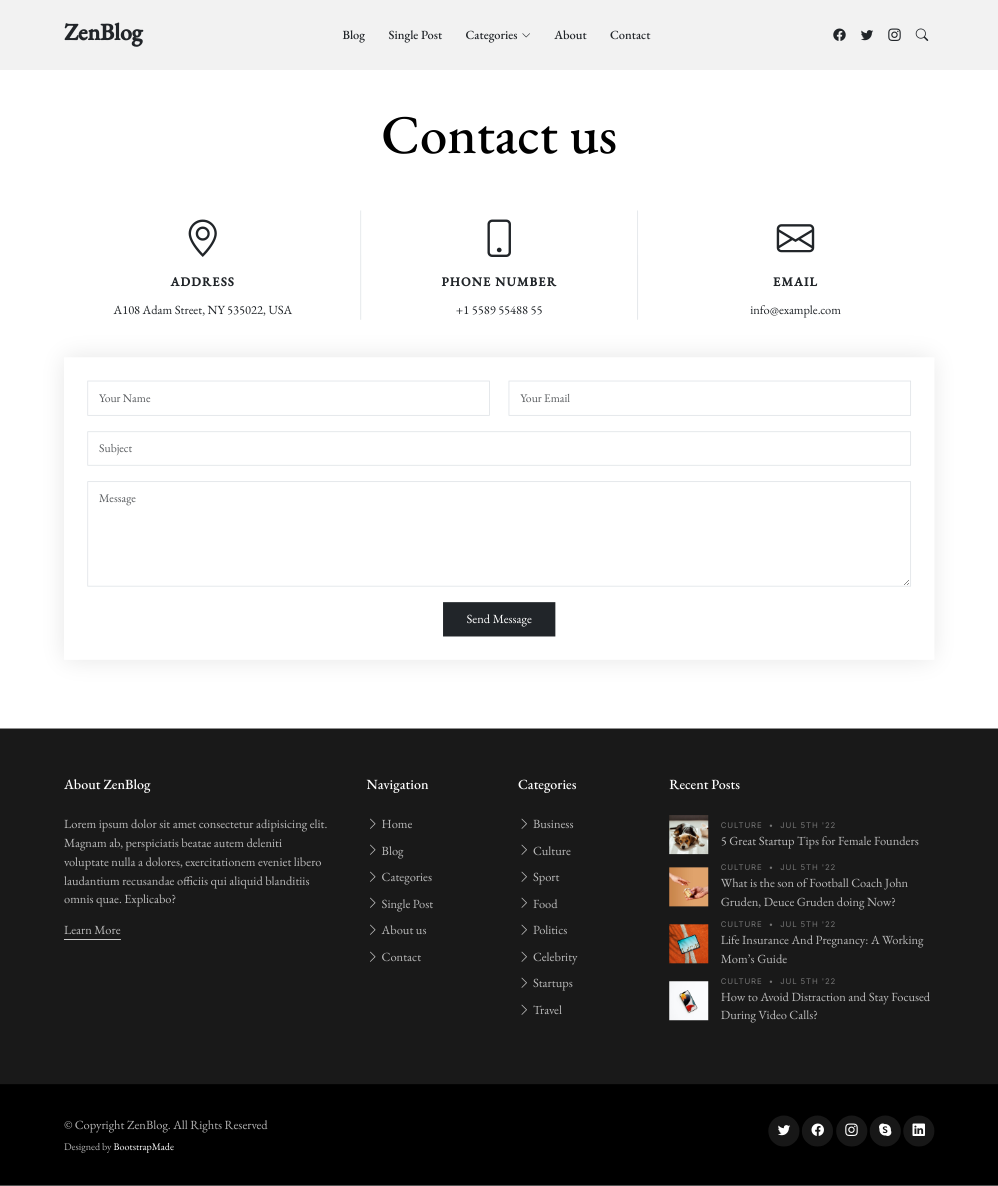
Repository: MiguelDev5/blog-miguel
Page: contact.html
The author's editor kept a copy of each file at every save. The page is drawn from the files as they stood at one save, then again after the next save.
The browser window is 1280 px wide. The pictures show the whole page, at 78% of full size.
Some web fonts or font styles are not loaded; a fallback is used.

Above is the page before, as saved 2024-01-01 04:33:33.

### contact.html
<!DOCTYPE html>
<html lang="en">

<head>
  <meta charset="utf-8">
  <meta content="width=device-width, initial-scale=1.0" name="viewport">

  <title>ZenBlog Bootstrap Template - Contact</title>
  <meta content="" name="description">
  <meta content="" name="keywords">

  <!-- Favicons -->
  <link href="assets/img/favicon.png" rel="icon">
  <link href="assets/img/apple-touch-icon.png" rel="apple-touch-icon">

  <!-- Google Fonts -->
  <link rel="preconnect" href="https://fonts.googleapis.com">
  <link rel="preconnect" href="https://fonts.gstatic.com" crossorigin>
  <link href="https://fonts.googleapis.com/css2?family=EB+Garamond:wght@400;500&family=Inter:wght@400;500&family=Playfair+Display:ital,wght@0,400;0,700;1,400;1,700&display=swap" rel="stylesheet">

  <!-- Vendor CSS Files -->
  <link href="assets/vendor/bootstrap/css/bootstrap.min.css" rel="stylesheet">
  <link href="assets/vendor/bootstrap-icons/bootstrap-icons.css" rel="stylesheet">
  <link href="assets/vendor/swiper/swiper-bundle.min.css" rel="stylesheet">
  <link href="assets/vendor/glightbox/css/glightbox.min.css" rel="stylesheet">
  <link href="assets/vendor/aos/aos.css" rel="stylesheet">

  <!-- Template Main CSS Files -->
  <link href="assets/css/variables.css" rel="stylesheet">
  <link href="assets/css/main.css" rel="stylesheet">

  <!-- =======================================================
  * Template Name: ZenBlog
  * Updated: Sep 18 2023 with Bootstrap v5.3.2
  * Template URL: https://bootstrapmade.com/zenblog-bootstrap-blog-template/
  * Author: BootstrapMade.com
  * License: https:///bootstrapmade.com/license/
  ======================================================== -->
</head>

<body>

  <!-- ======= Header ======= -->
  <header id="header" class="header d-flex align-items-center fixed-top">
    <div class="container-fluid container-xl d-flex align-items-center justify-content-between">

      <a href="index.html" class="logo d-flex align-items-center">
        <!-- Uncomment the line below if you also wish to use an image logo -->
        <!-- <img src="assets/img/logo.png" alt=""> -->
        <h1>ZenBlog</h1>
      </a>

      <nav id="navbar" class="navbar">
        <ul>
          <li><a href="index.html">Blog</a></li>
          <li><a href="single-post.html">Single Post</a></li>
          <li class="dropdown"><a href="category.html"><span>Categories</span> <i class="bi bi-chevron-down dropdown-indicator"></i></a>
            <ul>
              <li><a href="search-result.html">Search Result</a></li>
              <li><a href="#">Drop Down 1</a></li>
              <li class="dropdown"><a href="#"><span>Deep Drop Down</span> <i class="bi bi-chevron-down dropdown-indicator"></i></a>
                <ul>
                  <li><a href="#">Deep Drop Down 1</a></li>
                  <li><a href="#">Deep Drop Down 2</a></li>
                  <li><a href="#">Deep Drop Down 3</a></li>
                  <li><a href="#">Deep Drop Down 4</a></li>
                  <li><a href="#">Deep Drop Down 5</a></li>
                </ul>
              </li>
              <li><a href="#">Drop Down 2</a></li>
              <li><a href="#">Drop Down 3</a></li>
              <li><a href="#">Drop Down 4</a></li>
            </ul>
          </li>

          <li><a href="about.html">About</a></li>
          <li><a href="contact.html">Contact</a></li>
        </ul>
      </nav><!-- .navbar -->

      <div class="position-relative">
        <a href="#" class="mx-2"><span class="bi-facebook"></span></a>
        <a href="#" class="mx-2"><span class="bi-twitter"></span></a>
        <a href="#" class="mx-2"><span class="bi-instagram"></span></a>

        <a href="#" class="mx-2 js-search-open"><span class="bi-search"></span></a>
        <i class="bi bi-list mobile-nav-toggle"></i>

        <!-- ======= Search Form ======= -->
        <div class="search-form-wrap js-search-form-wrap">
          <form action="search-result.html" class="search-form">
            <span class="icon bi-search"></span>
            <input type="text" placeholder="Search" class="form-control">
            <button class="btn js-search-close"><span class="bi-x"></span></button>
          </form>
        </div><!-- End Search Form -->

      </div>

    </div>

  </header><!-- End Header -->

  <main id="main">
    <section id="contact" class="contact mb-5">
      <div class="container" data-aos="fade-up">

        <div class="row">
          <div class="col-lg-12 text-center mb-5">
            <h1 class="page-title">Contact us</h1>
          </div>
        </div>

        <div class="row gy-4">

          <div class="col-md-4">
            <div class="info-item">
              <i class="bi bi-geo-alt"></i>
              <h3>Address</h3>
              <address>A108 Adam Street, NY 535022, USA</address>
            </div>
          </div><!-- End Info Item -->

          <div class="col-md-4">
            <div class="info-item info-item-borders">
              <i class="bi bi-phone"></i>
              <h3>Phone Number</h3>
              <p><a href="tel:+155895548855">+1 5589 55488 55</a></p>
            </div>
          </div><!-- End Info Item -->

          <div class="col-md-4">
            <div class="info-item">
              <i class="bi bi-envelope"></i>
              <h3>Email</h3>
              <p><a href="mailto:info@example.com">info@example.com</a></p>
            </div>
          </div><!-- End Info Item -->

        </div>

        <div class="form mt-5">
          <form action="forms/contact.php" method="post" role="form" class="php-email-form">
            <div class="row">
              <div class="form-group col-md-6">
                <input type="text" name="name" class="form-control" id="name" placeholder="Your Name" required>
              </div>
              <div class="form-group col-md-6">
                <input type="email" class="form-control" name="email" id="email" placeholder="Your Email" required>
              </div>
            </div>
            <div class="form-group">
              <input type="text" class="form-control" name="subject" id="subject" placeholder="Subject" required>
            </div>
            <div class="form-group">
              <textarea class="form-control" name="message" rows="5" placeholder="Message" required></textarea>
            </div>
            <div class="my-3">
              <div class="loading">Loading</div>
              <div class="error-message"></div>
              <div class="sent-message">Your message has been sent. Thank you!</div>
            </div>
            <div class="text-center"><button type="submit">Send Message</button></div>
          </form>
        </div><!-- End Contact Form -->

      </div>
    </section>

  </main><!-- End #main -->

  <!-- ======= Footer ======= -->
  <footer id="footer" class="footer">

    <div class="footer-content">
      <div class="container">

        <div class="row g-5">
          <div class="col-lg-4">
            <h3 class="footer-heading">About ZenBlog</h3>
            <p>Lorem ipsum dolor sit amet consectetur adipisicing elit. Magnam ab, perspiciatis beatae autem deleniti voluptate nulla a dolores, exercitationem eveniet libero laudantium recusandae officiis qui aliquid blanditiis omnis quae. Explicabo?</p>
            <p><a href="about.html" class="footer-link-more">Learn More</a></p>
          </div>
          <div class="col-6 col-lg-2">
            <h3 class="footer-heading">Navigation</h3>
            <ul class="footer-links list-unstyled">
              <li><a href="index.html"><i class="bi bi-chevron-right"></i> Home</a></li>
              <li><a href="index.html"><i class="bi bi-chevron-right"></i> Blog</a></li>
              <li><a href="category.html"><i class="bi bi-chevron-right"></i> Categories</a></li>
              <li><a href="single-post.html"><i class="bi bi-chevron-right"></i> Single Post</a></li>
              <li><a href="about.html"><i class="bi bi-chevron-right"></i> About us</a></li>
              <li><a href="contact.html"><i class="bi bi-chevron-right"></i> Contact</a></li>
            </ul>
          </div>
          <div class="col-6 col-lg-2">
            <h3 class="footer-heading">Categories</h3>
            <ul class="footer-links list-unstyled">
              <li><a href="category.html"><i class="bi bi-chevron-right"></i> Business</a></li>
              <li><a href="category.html"><i class="bi bi-chevron-right"></i> Culture</a></li>
              <li><a href="category.html"><i class="bi bi-chevron-right"></i> Sport</a></li>
              <li><a href="category.html"><i class="bi bi-chevron-right"></i> Food</a></li>
              <li><a href="category.html"><i class="bi bi-chevron-right"></i> Politics</a></li>
              <li><a href="category.html"><i class="bi bi-chevron-right"></i> Celebrity</a></li>
              <li><a href="category.html"><i class="bi bi-chevron-right"></i> Startups</a></li>
              <li><a href="category.html"><i class="bi bi-chevron-right"></i> Travel</a></li>

            </ul>
          </div>

          <div class="col-lg-4">
            <h3 class="footer-heading">Recent Posts</h3>

            <ul class="footer-links footer-blog-entry list-unstyled">
              <li>
                <a href="single-post.html" class="d-flex align-items-center">
                  <img src="assets/img/post-sq-1.jpg" alt="" class="img-fluid me-3">
                  <div>
                    <div class="post-meta d-block"><span class="date">Culture</span> <span class="mx-1">&bullet;</span> <span>Jul 5th '22</span></div>
                    <span>5 Great Startup Tips for Female Founders</span>
                  </div>
                </a>
              </li>

              <li>
                <a href="single-post.html" class="d-flex align-items-center">
                  <img src="assets/img/post-sq-2.jpg" alt="" class="img-fluid me-3">
                  <div>
                    <div class="post-meta d-block"><span class="date">Culture</span> <span class="mx-1">&bullet;</span> <span>Jul 5th '22</span></div>
                    <span>What is the son of Football Coach John Gruden, Deuce Gruden doing Now?</span>
                  </div>
                </a>
              </li>

              <li>
                <a href="single-post.html" class="d-flex align-items-center">
                  <img src="assets/img/post-sq-3.jpg" alt="" class="img-fluid me-3">
                  <div>
                    <div class="post-meta d-block"><span class="date">Culture</span> <span class="mx-1">&bullet;</span> <span>Jul 5th '22</span></div>
                    <span>Life Insurance And Pregnancy: A Working Mom’s Guide</span>
                  </div>
                </a>
              </li>

              <li>
                <a href="single-post.html" class="d-flex align-items-center">
                  <img src="assets/img/post-sq-4.jpg" alt="" class="img-fluid me-3">
                  <div>
                    <div class="post-meta d-block"><span class="date">Culture</span> <span class="mx-1">&bullet;</span> <span>Jul 5th '22</span></div>
                    <span>How to Avoid Distraction and Stay Focused During Video Calls?</span>
                  </div>
                </a>
              </li>

            </ul>

          </div>
        </div>
      </div>
    </div>

    <div class="footer-legal">
      <div class="container">

        <div class="row justify-content-between">
          <div class="col-md-6 text-center text-md-start mb-3 mb-md-0">
            <div class="copyright">
              © Copyright <strong><span>ZenBlog</span></strong>. All Rights Reserved
            </div>

            <div class="credits">
              <!-- All the links in the footer should remain intact. -->
              <!-- You can delete the links only if you purchased the pro version. -->
              <!-- Licensing information: https://bootstrapmade.com/license/ -->
              <!-- Purchase the pro version with working PHP/AJAX contact form: https://bootstrapmade.com/herobiz-bootstrap-business-template/ -->
              Designed by <a href="https://bootstrapmade.com/">BootstrapMade</a>
            </div>

          </div>

          <div class="col-md-6">
            <div class="social-links mb-3 mb-lg-0 text-center text-md-end">
              <a href="#" class="twitter"><i class="bi bi-twitter"></i></a>
              <a href="#" class="facebook"><i class="bi bi-facebook"></i></a>
              <a href="#" class="instagram"><i class="bi bi-instagram"></i></a>
              <a href="#" class="google-plus"><i class="bi bi-skype"></i></a>
              <a href="#" class="linkedin"><i class="bi bi-linkedin"></i></a>
            </div>

          </div>

        </div>

      </div>
    </div>

  </footer>

  <a href="#" class="scroll-top d-flex align-items-center justify-content-center"><i class="bi bi-arrow-up-short"></i></a>

  <!-- Vendor JS Files -->
  <script src="assets/vendor/bootstrap/js/bootstrap.bundle.min.js"></script>
  <script src="assets/vendor/swiper/swiper-bundle.min.js"></script>
  <script src="assets/vendor/glightbox/js/glightbox.min.js"></script>
  <script src="assets/vendor/aos/aos.js"></script>
  <script src="assets/vendor/php-email-form/validate.js"></script>

  <!-- Template Main JS File -->
  <script src="assets/js/main.js"></script>

</body>

</html>

Loaded but not shown: assets/vendor/bootstrap/css/bootstrap.min.css (library); assets/vendor/bootstrap-icons/bootstrap-icons.css (library); assets/vendor/swiper/swiper-bundle.min.css (library); assets/vendor/glightbox/css/glightbox.min.css (library); assets/vendor/aos/aos.css (library); assets/vendor/bootstrap/js/bootstrap.bundle.min.js (library); assets/vendor/swiper/swiper-bundle.min.js (library); assets/vendor/glightbox/js/glightbox.min.js (library); assets/vendor/aos/aos.js (library); assets/vendor/php-email-form/validate.js (common file); assets/js/main.js (154 lines, source omitted); assets/css/main.css (1300 lines, source omitted); assets/css/variables.css (207 lines, source omitted)

After the next save:
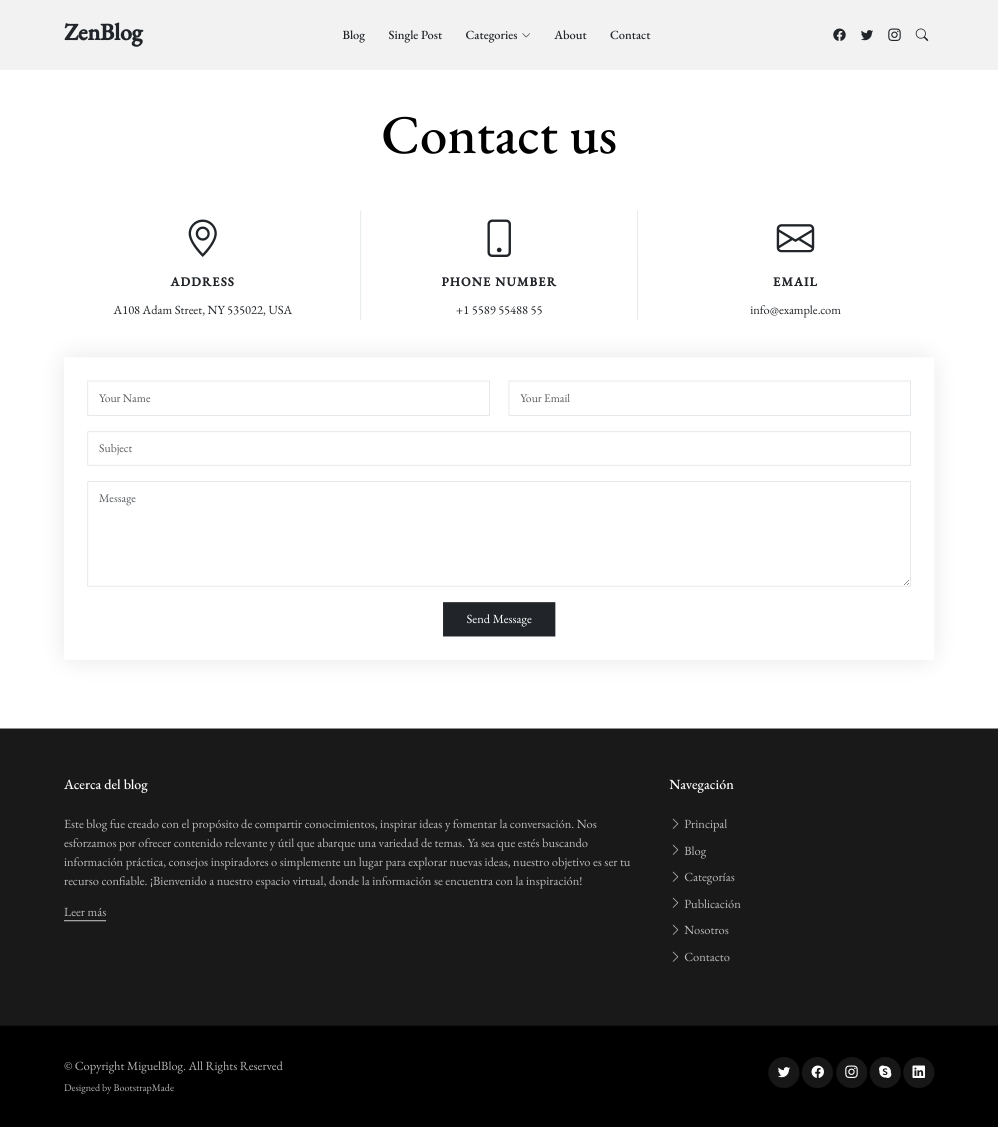
Saved 14 s later.
--- a/contact.html
+++ b/contact.html
@@ -171,88 +171,24 @@
 
   <!-- ======= Footer ======= -->
   <footer id="footer" class="footer">
-
     <div class="footer-content">
       <div class="container">
-
         <div class="row g-5">
-          <div class="col-lg-4">
-            <h3 class="footer-heading">About ZenBlog</h3>
-            <p>Lorem ipsum dolor sit amet consectetur adipisicing elit. Magnam ab, perspiciatis beatae autem deleniti voluptate nulla a dolores, exercitationem eveniet libero laudantium recusandae officiis qui aliquid blanditiis omnis quae. Explicabo?</p>
-            <p><a href="about.html" class="footer-link-more">Learn More</a></p>
+          <div class="col-lg-8">
+            <h3 class="footer-heading">Acerca del blog</h3>
+            <p>Este blog fue creado con el propósito de compartir conocimientos, inspirar ideas y fomentar la conversación. Nos esforzamos por ofrecer contenido relevante y útil que abarque una variedad de temas. Ya sea que estés buscando información práctica, consejos inspiradores o simplemente un lugar para explorar nuevas ideas, nuestro objetivo es ser tu recurso confiable. ¡Bienvenido a nuestro espacio virtual, donde la información se encuentra con la inspiración!</p>
+            <p><a href="about.html" class="footer-link-more">Leer más</a></p>
           </div>
           <div class="col-6 col-lg-2">
-            <h3 class="footer-heading">Navigation</h3>
+            <h3 class="footer-heading">Navegación</h3>
             <ul class="footer-links list-unstyled">
-              <li><a href="index.html"><i class="bi bi-chevron-right"></i> Home</a></li>
+              <li><a href="index.html"><i class="bi bi-chevron-right"></i> Principal</a></li>
               <li><a href="index.html"><i class="bi bi-chevron-right"></i> Blog</a></li>
-              <li><a href="category.html"><i class="bi bi-chevron-right"></i> Categories</a></li>
-              <li><a href="single-post.html"><i class="bi bi-chevron-right"></i> Single Post</a></li>
-              <li><a href="about.html"><i class="bi bi-chevron-right"></i> About us</a></li>
-              <li><a href="contact.html"><i class="bi bi-chevron-right"></i> Contact</a></li>
+              <li><a href="category.html"><i class="bi bi-chevron-right"></i> Categorías</a></li>
+              <li><a href="single-post.html"><i class="bi bi-chevron-right"></i> Publicación</a></li>
+              <li><a href="about.html"><i class="bi bi-chevron-right"></i> Nosotros</a></li>
+              <li><a href="contact.html"><i class="bi bi-chevron-right"></i> Contacto</a></li>
             </ul>
-          </div>
-          <div class="col-6 col-lg-2">
-            <h3 class="footer-heading">Categories</h3>
-            <ul class="footer-links list-unstyled">
-              <li><a href="category.html"><i class="bi bi-chevron-right"></i> Business</a></li>
-              <li><a href="category.html"><i class="bi bi-chevron-right"></i> Culture</a></li>
-              <li><a href="category.html"><i class="bi bi-chevron-right"></i> Sport</a></li>
-              <li><a href="category.html"><i class="bi bi-chevron-right"></i> Food</a></li>
-              <li><a href="category.html"><i class="bi bi-chevron-right"></i> Politics</a></li>
-              <li><a href="category.html"><i class="bi bi-chevron-right"></i> Celebrity</a></li>
-              <li><a href="category.html"><i class="bi bi-chevron-right"></i> Startups</a></li>
-              <li><a href="category.html"><i class="bi bi-chevron-right"></i> Travel</a></li>
-
-            </ul>
-          </div>
-
-          <div class="col-lg-4">
-            <h3 class="footer-heading">Recent Posts</h3>
-
-            <ul class="footer-links footer-blog-entry list-unstyled">
-              <li>
-                <a href="single-post.html" class="d-flex align-items-center">
-                  <img src="assets/img/post-sq-1.jpg" alt="" class="img-fluid me-3">
-                  <div>
-                    <div class="post-meta d-block"><span class="date">Culture</span> <span class="mx-1">&bullet;</span> <span>Jul 5th '22</span></div>
-                    <span>5 Great Startup Tips for Female Founders</span>
-                  </div>
-                </a>
-              </li>
-
-              <li>
-                <a href="single-post.html" class="d-flex align-items-center">
-                  <img src="assets/img/post-sq-2.jpg" alt="" class="img-fluid me-3">
-                  <div>
-                    <div class="post-meta d-block"><span class="date">Culture</span> <span class="mx-1">&bullet;</span> <span>Jul 5th '22</span></div>
-                    <span>What is the son of Football Coach John Gruden, Deuce Gruden doing Now?</span>
-                  </div>
-                </a>
-              </li>
-
-              <li>
-                <a href="single-post.html" class="d-flex align-items-center">
-                  <img src="assets/img/post-sq-3.jpg" alt="" class="img-fluid me-3">
-                  <div>
-                    <div class="post-meta d-block"><span class="date">Culture</span> <span class="mx-1">&bullet;</span> <span>Jul 5th '22</span></div>
-                    <span>Life Insurance And Pregnancy: A Working Mom’s Guide</span>
-                  </div>
-                </a>
-              </li>
-
-              <li>
-                <a href="single-post.html" class="d-flex align-items-center">
-                  <img src="assets/img/post-sq-4.jpg" alt="" class="img-fluid me-3">
-                  <div>
-                    <div class="post-meta d-block"><span class="date">Culture</span> <span class="mx-1">&bullet;</span> <span>Jul 5th '22</span></div>
-                    <span>How to Avoid Distraction and Stay Focused During Video Calls?</span>
-                  </div>
-                </a>
-              </li>
-
-            </ul>
-
           </div>
         </div>
       </div>
@@ -264,15 +200,11 @@
         <div class="row justify-content-between">
           <div class="col-md-6 text-center text-md-start mb-3 mb-md-0">
             <div class="copyright">
-              © Copyright <strong><span>ZenBlog</span></strong>. All Rights Reserved
+              © Copyright <strong><span>MiguelBlog</span></strong>. All Rights Reserved
             </div>
 
             <div class="credits">
-              <!-- All the links in the footer should remain intact. -->
-              <!-- You can delete the links only if you purchased the pro version. -->
-              <!-- Licensing information: https://bootstrapmade.com/license/ -->
-              <!-- Purchase the pro version with working PHP/AJAX contact form: https://bootstrapmade.com/herobiz-bootstrap-business-template/ -->
-              Designed by <a href="https://bootstrapmade.com/">BootstrapMade</a>
+              Designed by BootstrapMade
             </div>
 
           </div>
@@ -292,7 +224,6 @@
 
       </div>
     </div>
-
   </footer>
 
   <a href="#" class="scroll-top d-flex align-items-center justify-content-center"><i class="bi bi-arrow-up-short"></i></a>
